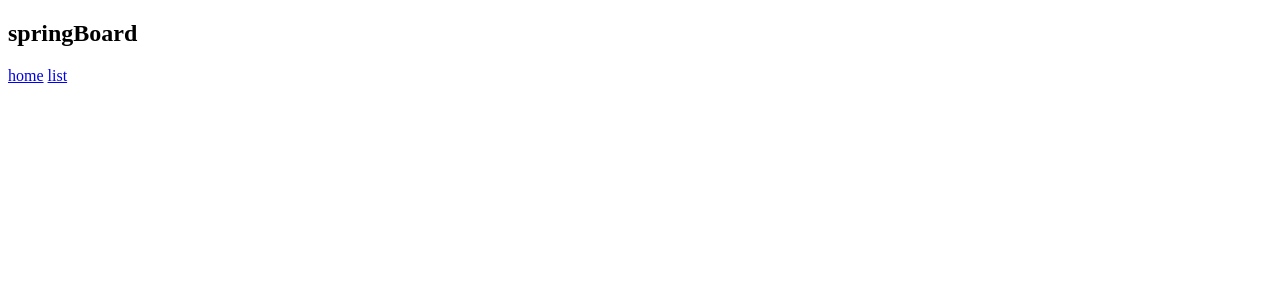
Repository: zboizz/springPractice
Page: http://localhost/SpringBoard/main.jsp
An editor plug-in stored every save of this project. The page is shown before and after the next save, followed by the edit.
The browser window is 1280 px wide. The pictures show the whole page.
The page is served by Tomcat 9.

Above is the page before, as saved 2020-01-09 05:25:13.

After the next save:
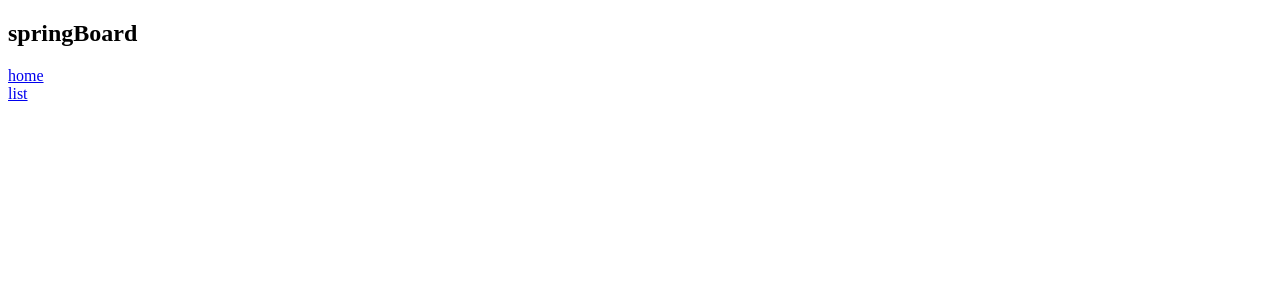
Saved 30 s later.
--- a/SpringBoard/src/main/webapp/main.jsp
+++ b/SpringBoard/src/main/webapp/main.jsp
@@ -7,7 +7,7 @@
 </head>
 <body>
 <h2>springBoard</h2>
-<a href="home">home</a>
-<a href="list">list</a>
+<a href="home">home</a><br/>
+<a href="list">list</a><br/>
 </body>
 </html>
